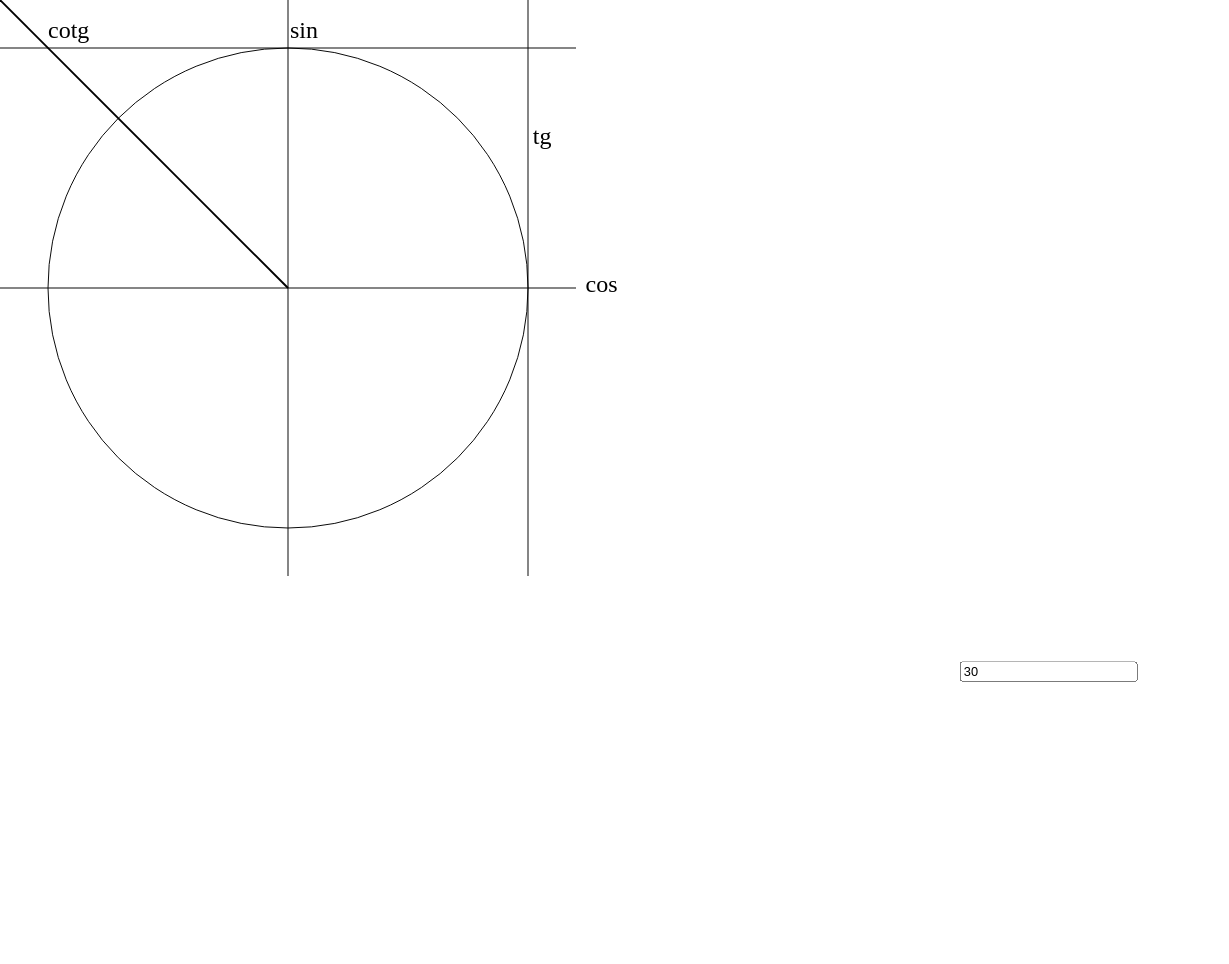
Repository: BraynStorm/braynstorm.github.io
Page: http://localhost/
An editor plug-in stored every save of this project. The page is shown before and after the next save, followed by the edit.
The browser window is 1280 px wide. The pictures show the whole page, at 96% of full size.
The page is run by PHP 8.4 with error messages shown; the project is at /var/www/html/.

Above is the page before, as saved 2015-02-24 15:36:54.
Console error: SyntaxError: Unexpected identifier 'r'

After the next save:
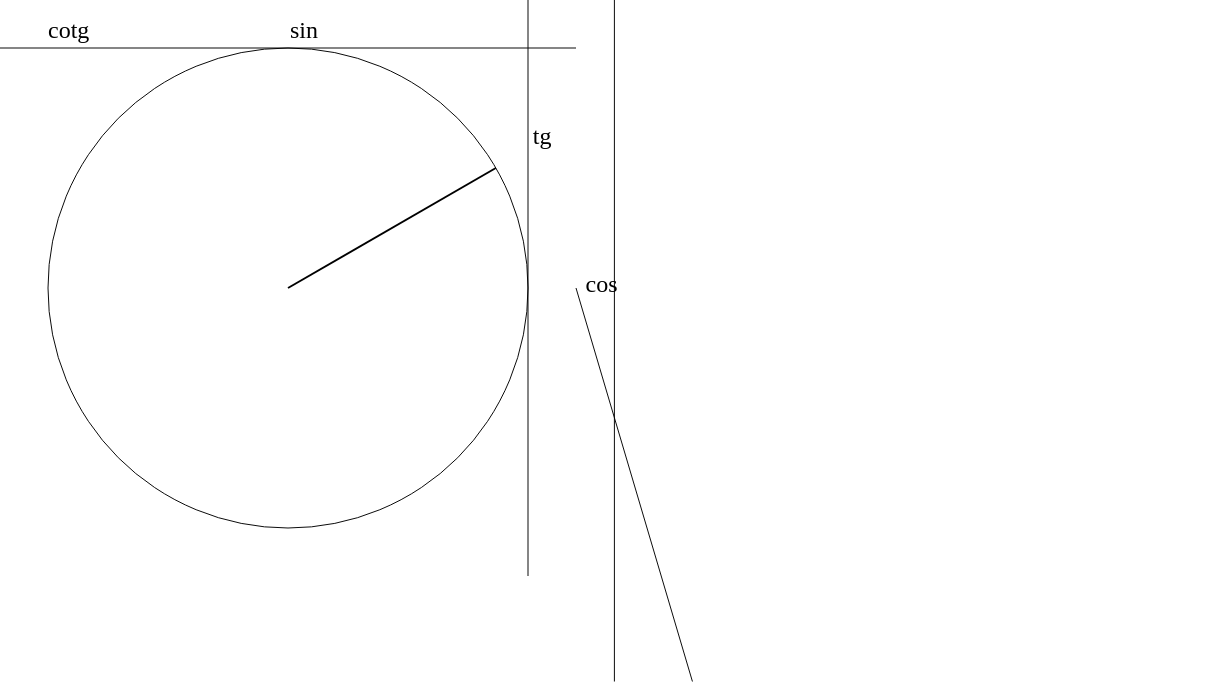
The error is gone.
Saved 6 s later.
--- a/JSDrawing/js/swgDrawing.js
+++ b/JSDrawing/js/swgDrawing.js
@@ -12,11 +12,6 @@ $(document).ready(function (){
 	});
 
 	var circle = $('#mainCircle');
-	circle.attr({
-		cx : beginX,
-		cy : beginY
-		r : radius
-	});
 
 
 	var sinLine = $("#sinLine");
